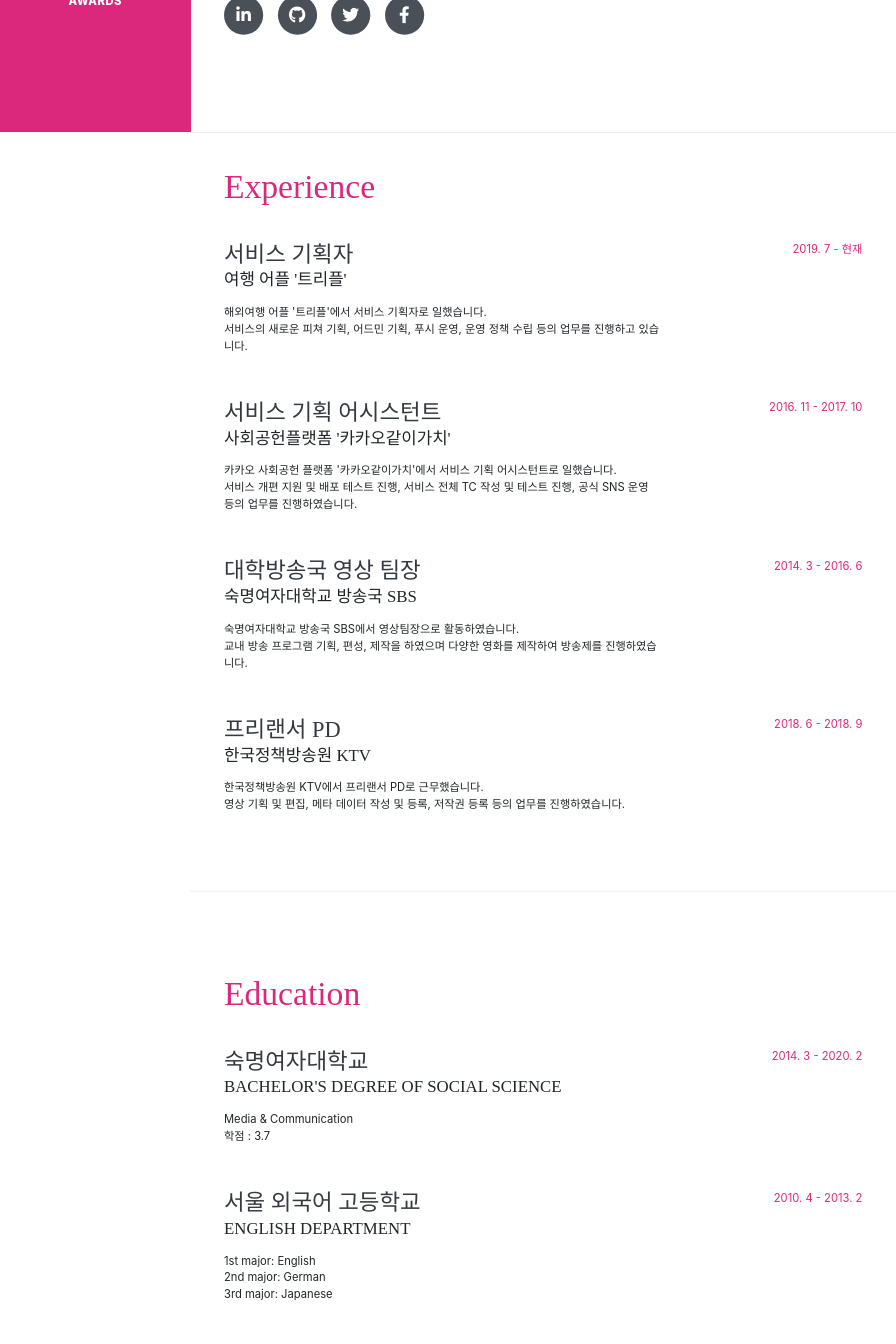
Repository: hyunah-aha/hyunah-aha
Page: Resume/index.html
The author's editor kept a record of every edit. The page is drawn from the files as they stood at one moment, then again after the next edit.
The browser window is 1280 px wide. The pictures show the part of the page from y = 532 to 2452 px (the page is 4804 px tall before and 4823 px after), at 70% of full size.
A picture or video elsewhere on the page could not be fetched, so the positions and the page height are approximate. Some web fonts or font styles are not loaded; a fallback is used.

Above is the page before.

### Resume/index.html
<!DOCTYPE html>
<html lang="kor">

<head>

  <meta charset="utf-8">
  <meta name="viewport" content="width=device-width, initial-scale=1, shrink-to-fit=no">
  <meta name="description" content="">
  <meta name="author" content="">

  <title>Resume - Start Bootstrap Theme</title>

  <!-- Bootstrap core CSS -->
  <link href="vendor/bootstrap/css/bootstrap.min.css" rel="stylesheet">

  <!-- Custom fonts for this template -->
  <link href="https://fonts.googleapis.com/css?family=Saira+Extra+Condensed:500,700" rel="stylesheet">
  <link href="https://fonts.googleapis.com/css?family=Muli:400,400i,800,800i" rel="stylesheet">
  <link href="vendor/fontawesome-free/css/all.min.css" rel="stylesheet">

  <!-- Custom styles for this template -->
  <link href="css/resume.css" rel="stylesheet">

</head>

<body id="page-top">

  <nav class="navbar navbar-expand-lg navbar-dark bg-primary fixed-top" id="sideNav">
    <a class="navbar-brand js-scroll-trigger" href="#page-top">
      <span class="d-block d-lg-none">조현아의 포트폴리오
</span>
      <span class="d-none d-lg-block">
        <img class="img-fluid img-profile rounded-circle mx-auto mb-2" src="img/hyunah_profile2.jpeg" alt="">
      </span>
    </a>
    <button class="navbar-toggler" type="button" data-toggle="collapse" data-target="#navbarSupportedContent" aria-controls="navbarSupportedContent" aria-expanded="false" aria-label="Toggle navigation">
      <span class="navbar-toggler-icon"></span>
    </button>
    <div class="collapse navbar-collapse" id="navbarSupportedContent">
      <ul class="navbar-nav">
        <li class="nav-item">
          <a class="nav-link js-scroll-trigger" href="#about">Hello :D </a>
        </li>
        <li class="nav-item">
          <a class="nav-link js-scroll-trigger" href="#experience">experience</a>
        </li>
        <li class="nav-item">
        </li>
        <li class="nav-item">
          <a class="nav-link js-scroll-trigger" href="#skills">skills</a>
        </li>
        <li class="nav-item">
          <a class="nav-link js-scroll-trigger" href="#interests">interests</a>
        </li>
        <li class="nav-item">
          <a class="nav-link js-scroll-trigger" href="#awards">awards</a>
        </li>
      </ul>
    </div>
  </nav>

  <div class="container-fluid p-0">

    <section class="resume-section p-3 p-lg-5 d-flex align-items-center" id="about">
      <div class="w-100">
        <h1 class="mb-0">조현아
        </h1>
        <br>
        <div class="subheading mb-5">T. 010-8704-0516<br>
          <a href="mailto:someday_ii@hanmail.net">E. someday_ii@hanmail.net</a>
        </div>
        <p class="lead mb-5">안녕하세요. 1년차 서비스 기획자 조현아입니다 🐥🌱 <br>이 자료는 저의 경력 사항들과, 그 이외의 경험들을 담고 있습니다. <br> 시간 내주셔서 감사드립니다. 지금부터 제 소개를 시작하겠습니다.</p>
        <br>
        <div class="social-icons">
          <a href="https://www.triple.guide/intro/" target="_blank">
            <i class="fab fa-linkedin-in"></i>
          </a>
          <a href="https://together.kakao.com/" target="_blank">
            <i class="fab fa-github"></i>
          </a>
          <a href="https://www.naver.com/" target="_blank">
            <i class="fab fa-twitter"></i>
          </a>
          <a href="https://www.daum.net" target="_blank">
            <i class="fab fa-facebook-f"></i>
          </a>
        </div>
      </div>
    </section>

    <hr class="m-0">

    <section class="resume-section p-3 p-lg-5 d-flex justify-content-center" id="experience">
      <div class="w-100">
        <h2 class="mb-5">Experience</h2>

        <div class="resume-item d-flex flex-column flex-md-row justify-content-between mb-5">
          <div class="resume-content">
            <h3 class="mb-0">서비스 기획자</h3>
            <div class="subheading mb-3">여행 어플 '트리플'</div>
            <p>해외여행 어플 '트리플'에서 서비스 기획자로 일했습니다. <br> 서비스의 새로운 피쳐 기획, 어드민 기획, 푸시 운영, 운영 정책 수립 등의 업무를 진행하고 있습니다. </p>
          </div>
          <div class="resume-date text-md-right">
            <span class="text-primary">2019. 7 - 현재</span>
          </div>
        </div>

        <div class="resume-item d-flex flex-column flex-md-row justify-content-between mb-5">
          <div class="resume-content">
            <h3 class="mb-0">서비스 기획 어시스턴트</h3>
            <div class="subheading mb-3">사회공헌플랫폼 '카카오같이가치'</div>
            <p>카카오 사회공헌 플랫폼 '카카오같이가치'에서 서비스 기획 어시스턴트로 일했습니다. <br>  서비스 개편 지원 및 배포 테스트 진행, 서비스 전체 TC 작성 및 테스트 진행, 공식 SNS 운영 등의 업무를 진행하였습니다. </p>
          </div>
          <div class="resume-date text-md-right">
            <span class="text-primary">2016. 11 - 2017. 10</span>
          </div>
        </div>

        <div class="resume-item d-flex flex-column flex-md-row justify-content-between">
          <div class="resume-content">
            <h3 class="mb-0">대학방송국 영상 팀장</h3>
            <div class="subheading mb-3">숙명여자대학교 방송국 SBS</div>
            <p>숙명여자대학교 방송국 SBS에서 영상팀장으로 활동하였습니다. <br>교내 방송 프로그램 기획, 편성, 제작을 하였으며 다양한 영화를 제작하여 방송제를 진행하였습니다.</p>
          </div>
          <div class="resume-date text-md-right">
            <span class="text-primary">2014. 3 - 2016. 6</span>
          </div>
        </div>
        <br><br>

        <div class="resume-item d-flex flex-column flex-md-row justify-content-between mb-5">
          <div class="resume-content">
            <h3 class="mb-0">프리랜서 PD</h3>
            <div class="subheading mb-3">한국정책방송원 KTV</div>
            <p>한국정책방송원 KTV에서 프리랜서 PD로 근무했습니다. <br>영상 기획 및 편집, 메타 데이터 작성 및 등록, 저작권 등록 등의 업무를 진행하였습니다.</p>
          </div>
          <div class="resume-date text-md-right">
            <span class="text-primary">2018. 6 - 2018. 9</span>
          </div>
        </div>

        </div>

      </div>

    </section>

    <hr class="m-0">

    <section class="resume-section p-3 p-lg-5 d-flex align-items-center" id="education">
      <div class="w-100">
        <h2 class="mb-5">Education</h2>

        <div class="resume-item d-flex flex-column flex-md-row justify-content-between mb-5">
          <div class="resume-content">
            <h3 class="mb-0">숙명여자대학교</h3>
            <div class="subheading mb-3">bachelor's degree of social science</div>
            <div>Media & Communication</div>
            <p>학점 : ️3.7</p>
          </div>
          <div class="resume-date text-md-right">
            <span class="text-primary">2014. 3 - 2020. 2</span>
          </div>
        </div>

        <div class="resume-item d-flex flex-column flex-md-row justify-content-between">
          <div class="resume-content">
            <h3 class="mb-0">서울 외국어 고등학교</h3>
            <div class="subheading mb-3">English department</div>
            <p>1st major: English<br>
            2nd major: German<br>
            3rd major: Japanese</p>
          </div>
          <div class="resume-date text-md-right">
            <span class="text-primary">2010. 4 - 2013. 2</span>
          </div>
        </div>

      </div>
    </section>

    <hr class="m-0">


    <section class="resume-section p-3 p-lg-5 d-flex align-items-center" id="skills">
      <div class="w-100">
        <h2 class="mb-5">Skills</h2>

        <div class="subheading mb-3">Programming Languages &amp; Tools</div>
        <ul class="list-inline dev-icons">
          <li class="list-inline-item">
            <i class="fab fa-html5"></i>
          </li>
          <li class="list-inline-item">
            <i class="fab fa-css3-alt"></i>
          </li>
          <li class="list-inline-item">
            <i class="fab fa-js-square"></i>
          </li>
          <li class="list-inline-item">
            <i class="fab fa-angular"></i>
          </li>
          <li class="list-inline-item">
            <i class="fab fa-react"></i>
          </li>
          <li class="list-inline-item">
            <i class="fab fa-node-js"></i>
          </li>
          <li class="list-inline-item">
            <i class="fab fa-sass"></i>
          </li>
          <li class="list-inline-item">
            <i class="fab fa-less"></i>
          </li>
          <li class="list-inline-item">
            <i class="fab fa-wordpress"></i>
          </li>
          <li class="list-inline-item">
            <i class="fab fa-gulp"></i>
          </li>
          <li class="list-inline-item">
            <i class="fab fa-grunt"></i>
          </li>
          <li class="list-inline-item">
            <i class="fab fa-npm"></i>
          </li>
        </ul>

        <div class="subheading mb-3">Know more</div>
        <div class="card" style="width: 18rem;">
          <img src="..." class="card-img-top" alt="...">
          <div class="card-body">
          <h5 class="card-title">트리플</h5>
          <p class="card-text">Some quick example text to build on the card title and make up the bulk of the card's content.</p>
          <a href=https://www.triple.guide/intro/ class="btn btn-primary">더보기</a>
        </div>
</div>
      </div>
    </section>

    <hr class="m-0">

    <section class="resume-section p-3 p-lg-5 d-flex align-items-center" id="interests">
      <div class="w-100">
        <h2 class="mb-5">Interests</h2>
        <h5>저는 밖에서 걷고, 뛰는 것을 좋아합니다. <br>아무 도구 없이도, 두 발만 있으면 언제 어디서든 할 수 있다는 '자유로움' 때문입니다. 그리고, 걷거나 달리면서 다양한 것들을 할 수 있어요. 특별한 상상을 할 수도 있고, 머리 속을 텅- 비워볼 수 있고, 또 복잡했던 고민을 풀거나 감정을 정리할 수도 있어요. 종종 책상에선 떠오르지 않던 아이디어가 뿅! 하고 튀어나오기도 해요. :D</h5><br>
        <p class="mb-0">그리고 또, 이런 것들을 좋아해요.<br>
        #영화 #여행 #강아지 #글씨쓰기 #대화 #혼자만의_시간 #디즈니 #상상</p>
      </div>
    </section>

    <hr class="m-0">

    <section class="resume-section p-3 p-lg-5 d-flex align-items-center" id="awards">
      <div class="w-100">
        <h2 class="mb-5">Awards &amp; Certifications</h2>
        <ul class="fa-ul mb-0">
          <li>
            <i class="fa-li fa fa-trophy text-warning"></i>
            대한민국 CSR 필름 페스티벌 재능나눔상(보건복지부장관상)</li>
          <li>
            <i class="fa-li fa fa-trophy text-warning"></i>
            신한은행 광고 영상 UCC 공모전 우수상</li>
          <li>
            <i class="fa-li fa fa-trophy text-warning"></i>
            경찰청 29초 영화제 최우수상</li>

        </ul>
      </div>
    </section>

  </div>

  <!-- Bootstrap core JavaScript -->
  <script src="vendor/jquery/jquery.min.js"></script>
  <script src="vendor/bootstrap/js/bootstrap.bundle.min.js"></script>

  <!-- Plugin JavaScript -->
  <script src="vendor/jquery-easing/jquery.easing.min.js"></script>

  <!-- Custom scripts for this template -->
  <script src="js/resume.min.js"></script>

</body>

</html>

### Resume/css/resume.css
/*!
 * Start Bootstrap - Resume v5.0.8 (https://startbootstrap.com/template-overviews/resume)
 * Copyright 2013-2019 Start Bootstrap
 * Licensed under MIT (https://github.com/BlackrockDigital/startbootstrap-resume/blob/master/LICENSE)
 */
head

body {
  font-family: 'MapoGoldenPier'; src: url('https://cdn.jsdelivr.net/gh/projectnoonnu/noonfonts_2001@1.1/MapoGoldenPierA.woff') format('woff'); font-weight: normal; font-style: normal;
  padding-top: 54px;
  color: #868e96;
}

@media (min-width: 992px) {
  body {
    padding-top: 0;
    padding-left: 17rem;
  }
}

h1,
h2,
h3,
h4,
h5,
h6 {
  font-family: 'MapoGoldenPier'; src: url('https://cdn.jsdelivr.net/gh/projectnoonnu/noonfonts_2001@1.1/MapoGoldenPierA.woff') format('woff'); font-weight: normal; font-style: normal;
  color: #343a40;
}

h1 {
  font-size: 6rem;
  line-height: 5.5rem;
  font-family: 'MapoGoldenPier';
  font-style:'bold';
}

h2 {
  color: #dc287c;
  font-size: 3rem;
}

h3 {
  font-size: 2rem;
  font-family: 'MapoGoldenPier';
}

p.lead {
  font-size: 1.15rem;
  font-weight: 400;
  font-family: 'MapoGoldenPier';
}

.subheading {
  text-transform: uppercase;
  font-weight: 500;
  font-family: 'MapoGoldenPier'; src: url('https://cdn.jsdelivr.net/gh/projectnoonnu/noonfonts_2001@1.1/MapoGoldenPierA.woff') format('woff'); font-weight: normal; font-style: normal;
  font-size: 1.5rem;
}

.social-icons a {
  display: inline-block;
  height: 3.5rem;
  width: 3.5rem;
  background-color: #495057;
  color: #fff !important;
  border-radius: 100%;
  text-align: center;
  font-size: 1.5rem;
  line-height: 3.5rem;
  margin-right: 1rem;
  font-family: 'MapoGoldenPier';
}

.social-icons a:last-child {
  margin-right: 0;
}

.social-icons a:hover {
  background-color: #BD5D38;
}

.dev-icons {
  font-size: 3rem;
}

.dev-icons .list-inline-item i:hover {
  color: #BD5D38;
}

#sideNav .navbar-nav .nav-item .nav-link {
  font-weight: 800;
  letter-spacing: 0.05rem;
  text-transform: uppercase;
}

#sideNav .navbar-toggler:focus {
  outline-color: #d48a6e;
}

@media (min-width: 992px) {
  #sideNav {
    text-align: center;
    position: fixed;
    top: 0;
    left: 0;
    display: flex;
    flex-direction: column;
    width: 17rem;
    height: 100vh;
  }
  #sideNav .navbar-brand {
    display: flex;
    margin: auto auto 0;
    padding: 0.5rem;
  }
  #sideNav .navbar-brand .img-profile {
    max-width: 10rem;
    max-height: 10rem;
    border: 0.5rem solid rgba(255, 255, 255, 0.2);
  }
  #sideNav .navbar-collapse {
    display: flex;
    align-items: flex-start;
    flex-grow: 0;
    width: 100%;
    margin-bottom: auto;
  }
  #sideNav .navbar-collapse .navbar-nav {
    flex-direction: column;
    width: 100%;
  }
  #sideNav .navbar-collapse .navbar-nav .nav-item {
    display: block;
  }
  #sideNav .navbar-collapse .navbar-nav .nav-item .nav-link {
    display: block;
  }
}

section.resume-section {
  padding-top: 5rem !important;
  padding-bottom: 5rem !important;
  max-width: 75rem;
}

section.resume-section .resume-item .resume-date {
  min-width: none;
}

@media (min-width: 768px) {
  section.resume-section {
    min-height: 100vh;
  }
  section.resume-section .resume-item .resume-date {
    min-width: 18rem;
  }
}

@media (min-width: 992px) {
  section.resume-section {
    padding-top: 3rem !important;
    padding-bottom: 3rem !important;
  }
}

.bg-primary {
  background-color: #dc287c !important;
}

.text-primary {
  color: #dc287c !important;
}

a {
  color: #dc287c;
}

a:hover, a:focus, a:active {
  color: #824027;
}

Loaded but not shown: Resume/vendor/bootstrap/css/bootstrap.min.css (library); Resume/vendor/fontawesome-free/css/all.min.css (library); Resume/vendor/jquery/jquery.min.js (library); Resume/vendor/bootstrap/js/bootstrap.bundle.min.js (library); Resume/vendor/jquery-easing/jquery.easing.min.js (common file); Resume/js/resume.min.js (common file)

After the next edit:
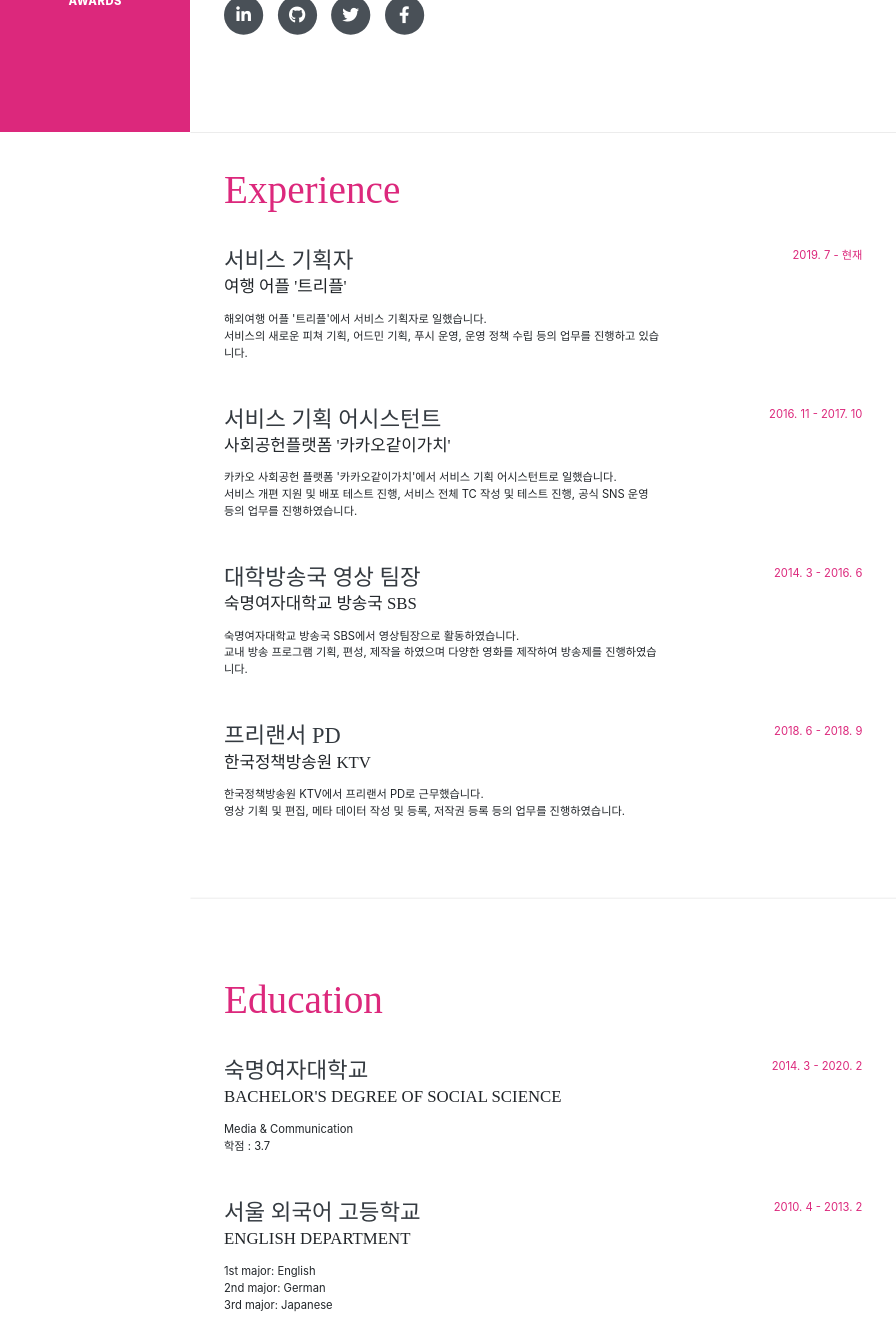
The edit:
--- a/Resume/css/resume.css
+++ b/Resume/css/resume.css
@@ -37,7 +37,8 @@
 
 h2 {
   color: #dc287c;
-  font-size: 3rem;
+  font-size: 3.5rem;
+
 }
 
 h3 {
